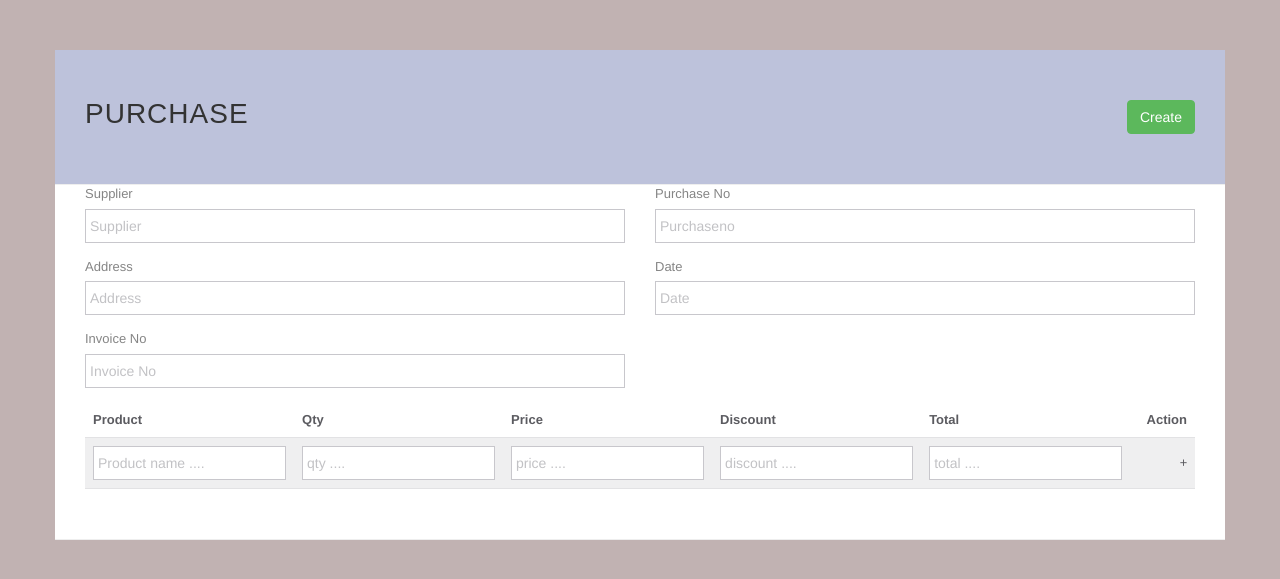
Repository: shofiulalammiyazi/bdortho
Page: http://localhost/home/purchase/purchaseCreate
These files come from the project's save history. The page is drawn as it stood at one moment and after the next save; the edit follows.
The browser window is 1280 px wide. The pictures show the whole page.
The page is this project's Thymeleaf template; nobody is signed in. Other server files are loaded and not shown. The template is opened directly, without the code that normally fills it, so the values that code supplies are empty.

Above is the page before, as saved 2021-11-26 16:00:28.

### stock/src/main/resources/templates/home/purchase/purchaseCreate.html
<!DOCTYPE html>
<html lang="en" xmlns:th="http://www.thymeleaf.org">
<head>
	<meta charset="ISO-8859-1">
	<title>Company Create</title>
	<link rel="stylesheet" href="/vendor/bootstrap/css/bootstrap.min.css">
	<link rel="stylesheet" href="/vendor/fontawesome/css/font-awesome.min.css">
	<link rel="stylesheet" href="/vendor/themify-icons/themify-icons.min.css">
	<link href="/vendor/animate.css/animate.min.css" rel="stylesheet" media="screen">
	<link href="/vendor/perfect-scrollbar/perfect-scrollbar.min.css" rel="stylesheet" media="screen">
	<link href="/vendor/switchery/switchery.min.css" rel="stylesheet" media="screen">
	<!-- end: MAIN CSS -->
	<!-- start: CLIP-TWO CSS -->
	<link rel="stylesheet" href="/assets/css/styles.css">
	<link rel="stylesheet" href="/assets/css/plugins.css">
	<link rel="stylesheet" href="/assets/css/themes/theme-1.css" id="skin_color" />


	<script src="/vendor/jquery/jquery.min.js"></script>
	<script src="/vendor/bootstrap/js/bootstrap.min.js"></script>
	<script src="/vendor/modernizr/modernizr.js"></script>
	<script src="/vendor/jquery-cookie/jquery.cookie.js"></script>
	<script src="/vendor/perfect-scrollbar/perfect-scrollbar.min.js"></script>
	<script src="/vendor/switchery/switchery.min.js"></script>

	<script src="/vendor/jquery-validation/jquery.validate.min.js"></script>
	<script src="/assets/js/main.js"></script>
	<script src="/assets/js/login.js"></script>


</head>
<style>
	body {
		background-color: #C1B2B2;
	}

	.bg-light-skyblue{
	 	background-color: #bdc2db;
	 	margin-top: 50px;
	 }




</style>

<body>
<form method="post" th:action="@{/purchase/save}">
	<div id="app">
		<div>
			<div class="wrap-content container" id="container">
				<section id="page-title" class="bg-light-skyblue">
					<div class="row">
						<div class="col-sm-8">
							<h1 class="mainTitle">Purchase</h1>
						</div>

						<div class="col-sm-4 text-right">
							<button class="btn btn-success" data-toggle="modal" onclick="editPageLoad()">Create</button>
						</div>
					</div>
				</section>

				<div>
					<div class="col-sm-6">
						<div><label>Supplier</label></div>
						<div class="form-group"><input type="text" class="form-control" id="supplier" name="supplier" placeholder="Supplier"></div>

						<div><label>Address</label></div>
						<div class="form-group"><input type="text" class="form-control" id="address" name="address" placeholder="Address"></div>

						<div><label>Invoice No</label></div>
						<div class="form-group"><input type="text" class="form-control" id="invoiceno" name="invoice_no" placeholder="Invoice No"></div>
					</div>
					<div class="col-sm-6">
						<div><label>Purchase No</label></div>
						<div class="form-group"><input type="text" class="form-control" id="purchase no" name="purchase_no" placeholder="Purchaseno"></div>

						<div><label>Date</label></div>
						<div class="form-group"><input type="text" class="form-control" id="date" name="date" placeholder="Date"></div>
					</div>
				</div>

				<div class="container-fluid container-fullw bg-white">
					<div class="row">
						<div class="col-md-12">
							<div>
								<div class="row">
									<div class="col-sm-12">
										<table id="table myTable" class="table table-striped">
											<thead>
												<tr>
													<th>Product</th>
													<th>Qty</th>
													<th>Price</th>
													<th>Discount</th>
													<th>Total</th>
													<th class="text-right">Action</th>
												</tr>
											</thead>
											<tbody >
												 <tr>
													<td><input type="text" class="form-control" id="product" name="purchaseDitalsModel[0].product" placeholder="Product name ...."></td>
													<td><input type="text" class="form-control" id="qty" name="purchaseDitalsModel[0].qty" placeholder="qty ...."></td>
													<td><input type="text" class="form-control" id="price" name="purchaseDitalsModel[0].price" placeholder="price ...."></td>
													<td><input type="text" class="form-control" id="discount" name="purchaseDitalsModel[0].discount" placeholder="discount ...."></td>
													<td><input type="text" class="form-control" id="total" name="purchaseDitalsModel[0].total" placeholder="total ...."></td>
													<td class="text-right">
														<div onclick="myTablerow()" ><i class="">+</i></div>
													</td>
												</tr>

											</tbody>
										</table>
									</div>
								</div>
							</div>
						</div>
					</div>
				</div>
			</div>
		</div>
	</div>
</form>
</body>




<script>
	/* if (!!id) {
		showPageLoad(id);
	}

	function showPageLoad(id) {
		$.ajax({
			url: '/company/get-by-id?id='+id,
			success: function (response, xhr, status) {
				$('#show-page #name').text(response.name);
				$('#show-page #address').text(response.address);

				$('#show-page .btn-edit').attr('onclick', 'editPageLoad('+response.id+')')
				$('#show-page .btn-delete').attr('onclick', 'deletePageLoad('+response.id+')')

				$('#show-page').modal("toggle");
			}
		})
	}

	function editPageLoad(id) {
		if (!id) {
			$('#create-modal input').val('');
			$('#create-modal').modal("toggle");
		}
		else {
			$.ajax({
				url: '/company/get-by-id?id='+id,
				success: function (response, xhr, status) {
					$('#create-modal #id').val(response.id);
					$('#create-modal #name').val(response.name);
					$('#create-modal #address').val(response.address);

					$('#create-modal').modal("toggle");
				}
			})
		}
	}

	function deletePageLoad(id) {
		$('#delete-page #id').val(id);
		$('#delete-page').modal("toggle");
	}

	$(document).ready(() => {
		$('#table').DataTable({dom : 'rfltip'});
	}) */


	function myTablerow() {
		  var table = document.getElementById("myTable");
		  var row = table.insertRow(0);
		  var cell1 = row.insertCell(0);
		  var cell2 = row.insertCell(1);
		  cell1.innerHTML = "NEW CELL1";
		  cell2.innerHTML = "NEW CELL2";
		}
</script>







</html>

### stock/src/main/resources/static/assets/css/themes/theme-1.css
/* ---------------------------------------------------------------------- */
/*  Theme 1
/* ---------------------------------------------------------------------- */
::-moz-selection {
  background: #007aff;
  text-shadow: none;
  color: #ffffff;
}

::selection {
  background: #007aff;
  text-shadow: none;
  color: #ffffff;
}

body {
  background: #FAFAFA;
}

@media (max-width: 991px) {
  .app-content {
    background: #FAFAFA;
  }
}

header .navbar-header {
  background: #ffffff !important;
  border-right-color: #c8c7cc !important;
  border-bottom-color: #c8c7cc !important;
}
header .navbar-header .sidebar-toggler, header .navbar-header .sidebar-mobile-toggler {
  color: #007aff !important;
}
header .navbar-header .navbar-brand {
  color: #777 !important;
}
header .navbar-header .menu-toggler {
  color: #007aff !important;
}
header .navbar-collapse {
  background: #ffffff !important;
  border-bottom-color: #c8c7cc !important;
  box-shadow: none !important;
}
header .navbar-collapse .navbar-right > li > a {
  color: #777;
}
header .navbar-collapse .navbar-right > li > a i {
  color: #007aff !important;
}
header .navbar-collapse .navbar-right > li > a:hover, header .navbar-collapse .navbar-right > li > a:focus, header .navbar-collapse .navbar-right > li > a:active {
  background: #ebebeb !important;
}
header .navbar-collapse .navbar-right > li.open > a {
  background: #ebebeb !important;
}
header .navbar-collapse .navbar-right .dot-badge {
  border-color: #ffffff;
}
@media (max-width: 991px) {
  header .navbar-collapse {
    background: #ffffff !important;
    box-shadow: none;
  }
  header .navbar-collapse .navbar-right > li.open {
    background: #ebebeb !important;
  }
  header .navbar-collapse .navbar-right > li:hover, header .navbar-collapse .navbar-right > li:active, header .navbar-collapse .navbar-right > li:focus {
    background: #ebebeb !important;
  }
  header .navbar-collapse .navbar-right > li > a {
    color: #777;
  }
  header .navbar-collapse .navbar-right > li > a i {
    color: #007aff !important;
  }
  header .navbar-collapse .navbar-right > li > a:hover {
    background: #ebebeb !important;
  }
  header .navbar-collapse .navbar-right > li > a:focus, header .navbar-collapse .navbar-right > li > a:active {
    background: none !important;
  }
  header .navbar-collapse .navbar-right > li.open > a {
    background: #ebebeb !important;
  }
}
@media (max-width: 991px) and (max-width: 767px) {
  header .navbar-collapse .navbar-right > li {
    border-bottom: 1px solid #c8c7cc !important;
  }
}
@media (max-width: 991px) {
  header .navbar-collapse .navbar-right .dot-badge {
    border-color: #ffffff;
  }
}
@media (max-width: 767px) {
  header .navbar-collapse {
    background: #ffffff !important;
  }
  header .navbar-collapse .close-handle {
    background: #ffffff;
  }
  header .navbar-collapse .close-handle .arrow-left, header .navbar-collapse .close-handle .arrow-right {
    background-color: #007aff;
  }
  header .navbar-collapse .navbar-right .current-user a i {
    color: #ffffff !important;
    background: rgba(0, 122, 255, 0.3);
  }
}
header .dropdown-off-sidebar {
  border-left-color: #c8c7cc !important;
  background: #ffffff !important;
  color: #007aff !important;
}
@media (max-width: 991px) {
  header .dropdown-off-sidebar {
    background: #ffffff !important;
    border-left-color: #c8c7cc !important;
    color: #007aff !important;
  }
}

#sidebar {
  background: #EFEFF4 !important;
}
#sidebar:before {
  border-right-width: "1px" !important;
  border-right-style: solid;
  border-right-color: #c8c7cc !important;
}
#sidebar nav {
  border-right-width: "1px" !important;
  border-right-style: solid;
  border-right-color: #c8c7cc !important;
}
#sidebar nav .navbar-title {
  color: #aaaaaa;
}
#sidebar nav > ul {
  background: #ffffff !important;
  border-bottom-color: #c8c7cc !important;
  border-top-color: #c8c7cc !important;
}
#sidebar nav > ul > li a:active:focus {
  background: #e6e6e6 !important;
}
#sidebar nav > ul > li > a .item-media > i {
  color: #007aff !important;
}
#sidebar nav > ul > li > a .item-media .fa-stack .fa-square {
  color: #007aff !important;
}
#sidebar nav > ul > li > a .item-inner {
  color: #777 !important;
  border-bottom-color: #c8c7cc;
}
#sidebar nav > ul > li.hover {
  background: #f2f2f2 !important;
}
#sidebar nav > ul > li.open {
  background: #f2f2f2 !important;
}
.no-touch #sidebar nav > ul > li:hover {
  background: #f2f2f2 !important;
}
#sidebar nav > ul > li.active {
  background: #007aff !important;
}
#sidebar nav > ul > li.active:hover {
  background: #007aff !important;
}
@media (min-width: 992px) {
  #sidebar nav > ul > li.active:before {
    border-right-color: #c8c7cc !important;
  }
  #sidebar nav > ul > li.active:after {
    border-right-color: #FAFAFA !important;
  }
}
#sidebar nav > ul > li.active > a:active:focus {
  background: #006ee6 !important;
}
#sidebar nav > ul > li.active > a .item-inner {
  color: #ffffff !important;
}
#sidebar nav > ul > li.active > a .item-media > i {
  color: #ffffff !important;
}
#sidebar nav > ul > li.active > a .item-media .fa-stack .fa-square {
  color: #007aff !important;
}
#sidebar nav > ul > li.active .sub-menu {
  background: #f7f7f7;
}
#sidebar nav > ul .sub-menu {
  background: #f7f7f7;
}
#sidebar nav > ul .sub-menu > li.open {
  background: #f2f2f2 !important;
}
#sidebar nav > ul .sub-menu > li a {
  color: #777;
}
#sidebar nav > ul .sub-menu > li.active a {
  background: #e0e0e0 !important;
}
#sidebar nav ul > li.hover {
  background: #f2f2f2;
}
.no-touch #sidebar nav ul > li:hover {
  background: #f2f2f2;
}
#sidebar nav ul > li.open {
  background: #f2f2f2;
}
#sidebar nav .button-o {
  border-color: #007aff !important;
  color: #007aff !important;
}

@media (min-width: 992px) {
  .app-sidebar-closed .app-aside .search-form {
    background: #dddde8 !important;
    border-bottom-color: #c8c7cc !important;
  }
  .app-sidebar-closed .app-aside .search-form > a {
    color: #777;
  }
  .app-sidebar-closed .app-aside .navbar-form {
    background: #dddde8 !important;
  }
  .app-sidebar-closed .app-aside .navbar-form a {
    color: #777 !important;
  }
  .app-sidebar-closed .app-aside .navbar-form .form-group input {
    background: rgba(255, 255, 255, 0.4);
  }
  .app-sidebar-closed .app-aside .navbar-form .form-group input::-webkit-input-placeholder {
    /* WebKit browsers */
    color: #777;
  }
  .app-sidebar-closed .app-aside .navbar-form .form-group input:-moz-placeholder {
    /* Mozilla Firefox 4 to 18 */
    color: #777;
  }
  .app-sidebar-closed .app-aside .navbar-form .form-group input::-moz-placeholder {
    /* Mozilla Firefox 19+ */
    color: #777;
  }
  .app-sidebar-closed .app-aside .navbar-form .form-group input:-ms-input-placeholder {
    /* Internet Explorer 10+ */
    color: #777;
  }
  .app-sidebar-closed .app-aside > .item-inner {
    background: #e6e6e6 !important;
  }
  .app-sidebar-closed .app-aside > .item-inner .title {
    color: #777 !important;
  }
  .app-sidebar-closed .app-aside > .item-inner.active {
    background: #e6e6e6 !important;
  }
  .app-sidebar-closed .app-aside > .item-inner.active:before {
    border-left: 12px solid #c8c7cc;
  }
  .app-sidebar-closed .app-aside > .item-inner.active:after {
    border-left: 12px solid #007aff !important;
  }
  .app-sidebar-closed .app-aside > .item-inner:before {
    border-left: 12px solid #c8c7cc;
  }
  .app-sidebar-closed .app-aside > .item-inner:after {
    border-left: 12px solid #f2f2f2 !important;
  }
  .app-sidebar-closed .app-aside .form-group {
    background: #dddde8 !important;
    border-color: #c8c7cc !important;
  }
  .app-sidebar-closed .app-aside .sub-menu {
    background: #ffffff;
  }
  .app-sidebar-closed .app-aside .sub-menu li a {
    color: #777 !important;
  }
  .app-sidebar-closed .app-aside .sub-menu li a.hover {
    background: #e6e6e6 !important;
  }
  .no-touch .app-sidebar-closed .app-aside .sub-menu li a:hover {
    background: #e6e6e6 !important;
  }
  .app-sidebar-closed .app-aside .sub-menu li.active > a, .app-sidebar-closed .app-aside .sub-menu li.open > a {
    background: #e6e6e6 !important;
  }
}
@media (min-width: 992px) {
  .app-sidebar-closed ul.sub-menu {
    border-right-color: #c8c7cc !important;
    border-bottom-color: #c8c7cc !important;
  }
}

.navbar-form {
  background: #dddde8 !important;
}
.navbar-form .search-button {
  color: #777;
}
.navbar-form .form-control {
  background: transparent !important;
}
.navbar-form .form-control::-webkit-input-placeholder {
  /* WebKit browsers */
  color: rgba(119, 119, 119, 0.5);
}
.navbar-form .form-control:-moz-placeholder {
  /* Mozilla Firefox 4 to 18 */
  color: rgba(119, 119, 119, 0.5);
}
.navbar-form .form-control::-moz-placeholder {
  /* Mozilla Firefox 19+ */
  color: rgba(119, 119, 119, 0.5);
}
.navbar-form .form-control:-ms-input-placeholder {
  /* Internet Explorer 10+ */
  color: rgba(119, 119, 119, 0.5);
}
.navbar-form .form-control:focus {
  background-color: #ffffff !important;
  border-color: #ffffff;
  transition: all 300ms ease-in 0s;
}
.navbar-form .form-control:focus + .search-button {
  color: #aeacb4;
}
.navbar-form .form-control:focus::-webkit-input-placeholder {
  /* WebKit browsers */
  color: #c2c2c5 !important;
}
.navbar-form .form-control:focus:-moz-placeholder {
  /* Mozilla Firefox 4 to 18 */
  color: #c2c2c5 !important;
}
.navbar-form .form-control:focus::-moz-placeholder {
  /* Mozilla Firefox 19+ */
  color: #c2c2c5 !important;
}
.navbar-form .form-control:focus:-ms-input-placeholder {
  /* Internet Explorer 10+ */
  color: #c2c2c5 !important;
}

#off-sidebar {
  background: #ffffff !important;
  border-color: #c8c7cc !important;
}
#off-sidebar .sidebar-back {
  color: #007aff;
}
#off-sidebar .tab-content {
  background: #ffffff !important;
}
#off-sidebar .nav-tabs.nav-justified > li > a {
  border-color: #c8c7cc;
  color: rgba(0, 122, 255, 0.7);
  background: #f2f2f2;
}
#off-sidebar .nav-tabs.nav-justified > li > a:hover, #off-sidebar .nav-tabs.nav-justified > li > a:focus {
  background: #e6e6e6;
  color: rgba(0, 122, 255, 0.8);
}
#off-sidebar .nav-tabs.nav-justified > li.active > a, #off-sidebar .nav-tabs.nav-justified > li.active > a:hover, #off-sidebar .nav-tabs.nav-justified > li.active > a:focus {
  color: #007aff;
  background: #ffffff;
  border-bottom-color: #ffffff;
}
#off-sidebar .media-list .media {
  border-color: #c8c7cc;
  color: #777;
}
#off-sidebar .media-list .media a:hover {
  background: #e6e6e6;
}
#off-sidebar .media-list .media .media-heading {
  color: #777 !important;
}
#off-sidebar .media-list .media .media-body span {
  color: #919191;
}
#off-sidebar .sidebar-title {
  color: #777;
}
#off-sidebar .discussion .messages-date {
  color: #777;
}
#off-sidebar .discussion .message-name {
  color: #777;
}
#off-sidebar .message-bar {
  background: #e6e6e6;
  border-top-color: #c8c7cc;
}
#off-sidebar .message-bar textarea {
  background: #fff;
  border-color: #c8c7cc;
}
#off-sidebar .message-bar .link {
  color: #007aff;
}
#off-sidebar .message-bar a.icon-only {
  color: #777;
}

.ps-container > .ps-scrollbar-y-rail > .ps-scrollbar-y {
  background-color: #999 !important;
}

#app > footer {
  background: #ffffff !important;
  border-top-color: #c8c7cc !important;
  color: #777;
}

Loaded but not shown: stock/src/main/resources/static/assets/css/styles.css (library); stock/src/main/resources/static/assets/js/main.js (481 lines, source omitted); stock/src/main/resources/static/assets/js/login.js (134 lines, source omitted); stock/src/main/resources/static/assets/css/plugins.css (695 lines, source omitted)

After the next save:
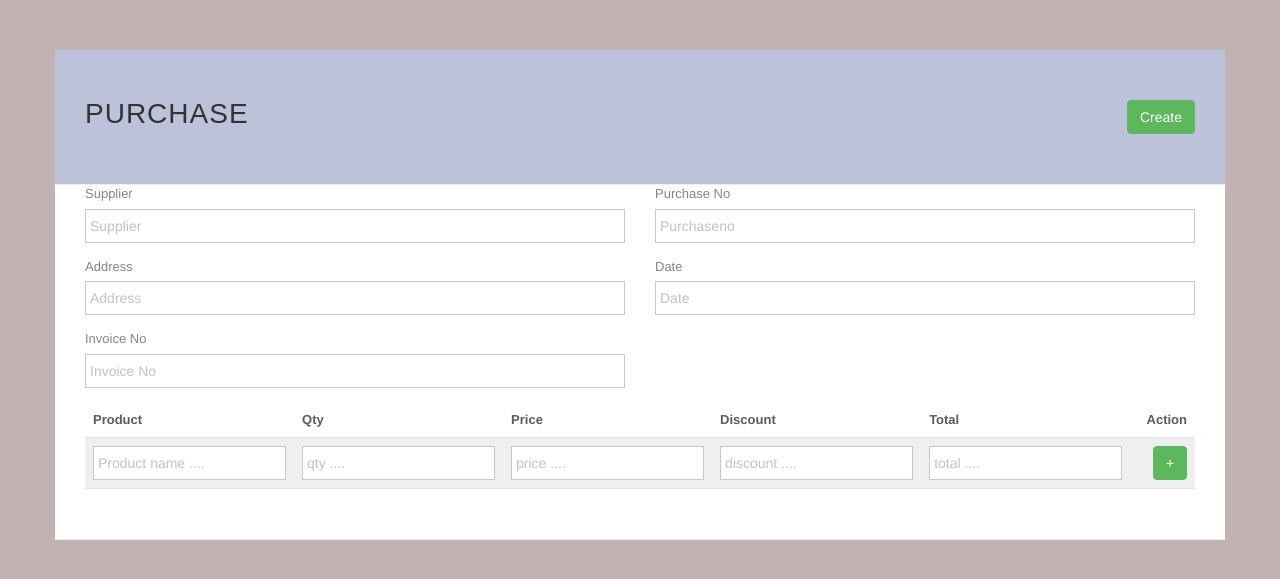
Saved 49 s later.
--- a/stock/src/main/resources/templates/home/purchase/purchaseCreate.html
+++ b/stock/src/main/resources/templates/home/purchase/purchaseCreate.html
@@ -87,7 +87,7 @@
 							<div>
 								<div class="row">
 									<div class="col-sm-12">
-										<table id="table myTable" class="table table-striped">
+										<table id="table " class="table table-striped">
 											<thead>
 												<tr>
 													<th>Product</th>
@@ -106,7 +106,7 @@
 													<td><input type="text" class="form-control" id="discount" name="purchaseDitalsModel[0].discount" placeholder="discount ...."></td>
 													<td><input type="text" class="form-control" id="total" name="purchaseDitalsModel[0].total" placeholder="total ...."></td>
 													<td class="text-right">
-														<div onclick="myTablerow()" ><i class="">+</i></div>
+														<button class="btn btn-success" onclick="myTablerow()" ><i class="">+</i></button>
 													</td>
 												</tr>
 
